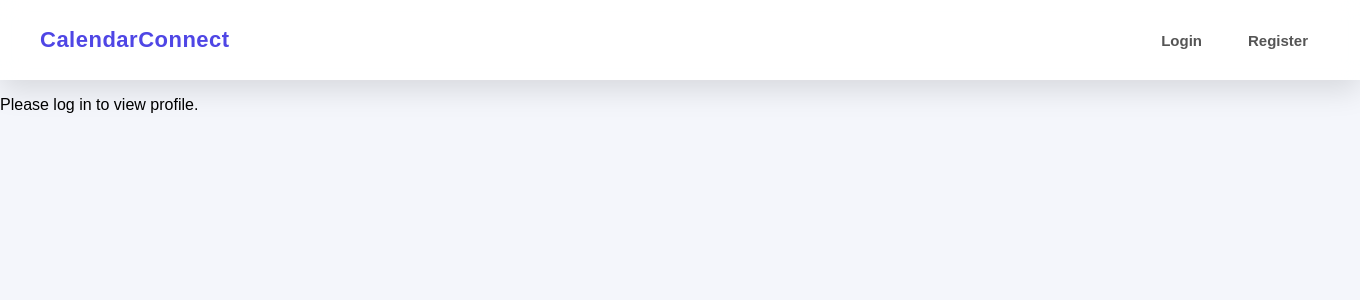
Repository: BMXracer44/CalendarConnect
Page: /profile (app in frontend/)
An editor plug-in stored every save of this project. The page is shown before and after the next save, followed by the edit.
The browser window is 1280 px wide. The page is 1360 px wide, then 1334 px, so the pictures cover 1360 px, including what lies to the right of the window. The pictures show the whole page.
The project was rebuilt for these pictures with package versions that can differ from the ones it lists, and the page was loaded fresh each time. Also part of the build but not shown: frontend/src/pages/Login.jsx, frontend/src/pages/Register.jsx, frontend/src/pages/Calendar.jsx.

Above is the page before, as saved 2026-04-14 11:09:38.

### frontend/src/index.js
import React from "react";
import ReactDOM from "react-dom/client";
import App from "./App";
import { AuthProvider } from "./context/AuthContext";
import { router } from "./router";
import { RouterProvider } from "react-router-dom";
import "./index.css";

ReactDOM.createRoot(document.getElementById("root")).render(
  <AuthProvider>
    <RouterProvider router={router} />
  </AuthProvider>
);

### frontend/src/App.js
import { Outlet } from "react-router-dom";
import Navbar from "./components/Navbar";
import "./index.css";

function App() {
  return (
    <div>
      <Navbar />
      <Outlet />
    </div>
  );
}

export default App;

### frontend/src/context/AuthContext.js
import { createContext, useState } from "react";

export const AuthContext = createContext();

export const AuthProvider = ({ children }) => {
  const [user, setUser] = useState(() => {
    const token = localStorage.getItem("token");
    const username = localStorage.getItem("username");

    return token && username ? { username, token } : null;
  });

  const login = (data) => {
    const username = data.username || data.user?.username;

    localStorage.setItem("token", data.token);
    localStorage.setItem("username", username);

    setUser({ username, token: data.token });
  };

  const logout = () => {
    localStorage.removeItem("token");
    localStorage.removeItem("username");
    setUser(null);
  };

  return (
    <AuthContext.Provider value={{ user, login, logout }}>
      {children}
    </AuthContext.Provider>
  );
};

### frontend/src/router.jsx
import { createBrowserRouter } from "react-router-dom";
import App from "./App";
import Login from "./pages/Login";
import Register from "./pages/Register";
import Home from "./pages/Home";
import Profile from "./pages/Profile";
import Calendar from "./pages/Calendar";

export const router = createBrowserRouter([
  {
    path: "/",
    element: <App />,
    children: [
      { index: true, element: <Login /> },
      { path: "register", element: <Register /> },
      { path: "calendar", element: <Calendar /> },
      { path: "profile", element: <Profile /> }
    ]
  }
]);

### frontend/src/index.css
/* =========================
   GLOBAL
========================= */
body {
  margin: 0;
  font-family: Arial, sans-serif;
  background: #f4f6fb;
}

/* =========================
   NAVBAR (BIGGER + MORE MODERN)
========================= */
.navbar {
  width: 100%;
  height: 80px; /* 🔥 BIGGER NAVBAR */
  display: flex;
  justify-content: space-between;
  align-items: center;

  padding: 0 40px;

  background: rgba(255, 255, 255, 0.92);
  backdrop-filter: blur(12px);

  box-shadow: 0 10px 30px rgba(0, 0, 0, 0.12);

  position: sticky;
  top: 0;
  z-index: 1000;
}

/* BRAND */
.navbar-left {
  font-size: 22px; /* 🔥 bigger brand */
  font-weight: 800;
  color: #4f46e5;
  letter-spacing: 0.5px;
}

/* RIGHT SIDE */
.navbar-right {
  display: flex;
  align-items: center;
  gap: 22px;
}

/* LINKS */
.nav-link {
  text-decoration: none;
  font-size: 15px;
  font-weight: 600;
  color: #555;
  padding: 10px 12px;
  border-radius: 10px;
  transition: 0.2s ease;
}

.nav-link:hover {
  background: rgba(102, 126, 234, 0.12);
  color: #4f46e5;
}

/* USER */
.nav-user {
  font-size: 14px;
  font-weight: 600;
  color: #333;
  padding: 8px 12px;
  border-radius: 10px;
  background: rgba(102, 126, 234, 0.08);
}

/* BUTTON */
.nav-button {
  padding: 10px 16px; /* 🔥 bigger button */
  border-radius: 10px;
  border: none;

  background: linear-gradient(135deg, #667eea, #764ba2);
  color: white;

  font-size: 13px;
  font-weight: 600;

  cursor: pointer;
  transition: 0.2s ease;
}

.nav-button:hover {
  transform: translateY(-2px);
  box-shadow: 0 8px 18px rgba(102, 126, 234, 0.35);
}

/* =========================
   LOGIN PAGE (BIGGER + BETTER BALANCE)
========================= */
.login-container {
  min-height: calc(100vh - 80px);
  display: flex;
  justify-content: center;
  align-items: center;

  padding: 40px 20px;

  background: linear-gradient(135deg, #667eea, #764ba2);
}

/* LOGIN CARD (🔥 BIGGER FORM) */
.login-card {
  width: 100%;
  max-width: 520px; /* 🔥 WAS 400px → MUCH BIGGER */
  background: #ffffff;

  padding: 50px 45px; /* 🔥 more breathing room */

  border-radius: 18px;

  box-shadow: 0 20px 60px rgba(0, 0, 0, 0.25);

  text-align: center;

  animation: fadeIn 0.4s ease-in-out;
}

/* animation */
@keyframes fadeIn {
  from {
    opacity: 0;
    transform: translateY(15px);
  }
  to {
    opacity: 1;
    transform: translateY(0);
  }
}

/* HEADINGS */
.login-card h2 {
  font-size: 30px; /* 🔥 bigger title */
  margin-bottom: 10px;
  color: #333;
}

.login-card p {
  font-size: 15px;
  color: #777;
  margin-bottom: 22px;
}

/* INPUTS (BIGGER + CLEANER) */
.login-card input {
  width: 100%;
  padding: 14px 16px; /* 🔥 bigger inputs */
  margin-top: 14px;

  border: 1px solid #ddd;
  border-radius: 12px;

  font-size: 15px;

  outline: none;
  transition: all 0.25s ease;
}

.login-card input:focus {
  border-color: #667eea;
  box-shadow: 0 0 10px rgba(102, 126, 234, 0.35);
}

/* BUTTON (BIGGER + STRONGER) */
.login-card button {
  width: 100%;
  padding: 14px; /* 🔥 bigger button */

  margin-top: 22px;

  background: #667eea;
  color: white;

  border: none;
  border-radius: 12px;

  font-size: 16px;
  font-weight: bold;

  cursor: pointer;
  transition: all 0.2s ease;
}

.login-card button:hover {
  background: #5a67d8;
  transform: translateY(-2px);
}

/* =========================
   TEXT
========================= */
.bottom-text {
  margin-top: 20px;
  font-size: 14px;
  color: #555;
}

/* =========================
   CALENDAR PAGE
========================= */
.calendar-page {
  min-height: calc(100vh - 80px);
  display: flex;
  justify-content: center;
  align-items: flex-start;

  padding: 40px 20px;

  background: linear-gradient(135deg, #667eea, #764ba2);
}

### frontend/src/components/Navbar.jsx
import { useContext } from "react";
import { AuthContext } from "../context/AuthContext";
import { Link, useNavigate } from "react-router-dom";

const Navbar = () => {
  const { user, logout } = useContext(AuthContext);
  const navigate = useNavigate();

  const handleLogout = () => {
    logout();
    navigate("/");
  };

  return (
    <nav className="navbar">
      <div className="navbar-left">
        CalendarConnect
      </div>

      <div className="navbar-right">
        {!user ? (
          <>
            <Link to="/" className="nav-link">Login</Link>
            <Link to="/register" className="nav-link">Register</Link>
          </>
        ) : (
          <>
            <Link to="/profile" className="nav-user">{user.username}</Link>
            <Link to="/calendar" className="nav-link">Calendar</Link>

            <button className="nav-button" onClick={handleLogout}>
              Logout
            </button>
          </>
        )}
      </div>
    </nav>
  );
};

export default Navbar;

### frontend/src/pages/Profile.jsx
import React, { useContext, useState, useEffect } from "react";
import { AuthContext } from "../context/AuthContext";

const Profile = () => {
  const { user } = useContext(AuthContext);

  const [formData, setFormData] = useState({
    username: "",
    email: "",
    first_name: "",
    last_name: "",
    birthdate: "",
    phone_number: "",
    bio: "",
    profile_picture: null
  });

  const [error, setError] = useState("");
  const [success, setSuccess] = useState("");

  // Load user data
  useEffect(() => {
    if (user) {
      setFormData({
        username: user.username || "",
        email: user.email || "",
        first_name: user.first_name || "",
        last_name: user.last_name || "",
        birthdate: user.birthdate || "",
        phone_number: user.phone_number || "",
        bio: user.bio || "",
        profile_picture: null
      });
    }
  }, [user]);

  const handleChange = (e) => {
    setFormData({
      ...formData,
      [e.target.name]: e.target.value
    });
  };

  const handleFileChange = (e) => {
    setFormData({
      ...formData,
      profile_picture: e.target.files[0]
    });
  };

  const handleUpdate = async (e) => {
    e.preventDefault();

    try {
      const form = new FormData();

      form.append("username", formData.username);
      form.append("email", formData.email);
      form.append("first_name", formData.first_name);
      form.append("last_name", formData.last_name);
      form.append("birthdate", formData.birthdate);
      form.append("phone_number", formData.phone_number);
      form.append("bio", formData.bio);

      if (formData.profile_picture) {
        form.append("profile_picture", formData.profile_picture);
      }

      const response = await fetch(
        `http://localhost:8080/api/user/update/${user.id}`,
        {
          method: "PUT",
          headers: {
            Authorization: `Bearer ${user.token}`
          },
          body: form
        }
      );

      const data = await response.json();

      if (response.ok) {
        setSuccess("Profile updated successfully!");
        setError("");
      } else {
        setError(data.message || "Update failed");
        setSuccess("");
      }
    } catch (err) {
      setError("Server error");
    }
  };

  if (!user) {
    return <p>Please log in to view profile.</p>;
  }

  // ================= PROFILE IMAGE SOURCE =================
  const profileImage =
    formData.profile_picture
      ? URL.createObjectURL(formData.profile_picture)
      : user.profile_picture_url || user.profile_picture || null;

  return (
    <div className="login-container">
      <div className="login-card register-card">

        {/* ================= TOP: CURRENT INFO ================= */}
        <h2>Your Profile</h2>

        {/* PROFILE PICTURE DISPLAY */}
        {profileImage && (
          <img
            src={profileImage}
            alt="Profile"
            style={{
              width: "110px",
              height: "110px",
              borderRadius: "50%",
              objectFit: "cover",
              marginBottom: "10px"
            }}
          />
        )}

        <div className="profile-preview">
          <p><strong>Username:</strong> {formData.username}</p>
          <p><strong>Email:</strong> {formData.email}</p>
          <p><strong>Name:</strong> {formData.first_name} {formData.last_name}</p>
          <p><strong>Birthdate:</strong> {formData.birthdate}</p>
          <p><strong>Phone:</strong> {formData.phone_number}</p>
          <p><strong>Bio:</strong> {formData.bio}</p>
        </div>

        <hr />

        {/* ================= UPDATE FORM ================= */}
        <h3>Update Information</h3>

        {error && <p className="error-text">{error}</p>}
        {success && <p className="success-text">{success}</p>}

        <form onSubmit={handleUpdate} className="register-form">

          <input
            type="text"
            name="username"
            value={formData.username}
            onChange={handleChange}
          />

          <input
            type="email"
            name="email"
            value={formData.email}
            onChange={handleChange}
          />

          <input
            type="text"
            name="first_name"
            value={formData.first_name}
            onChange={handleChange}
          />

          <input
            type="text"
            name="last_name"
            value={formData.last_name}
            onChange={handleChange}
          />

          <input
            type="date"
            name="birthdate"
            value={formData.birthdate}
            onChange={handleChange}
          />

          <input
            type="text"
            name="phone_number"
            value={formData.phone_number}
            onChange={handleChange}
          />

          <input
            type="text"
            name="bio"
            value={formData.bio}
            onChange={handleChange}
          />

          {/* FILE UPLOAD */}
          <input
            type="file"
            accept="image/*"
            onChange={handleFileChange}
          />

          {/* PREVIEW NEW IMAGE */}
          {formData.profile_picture && (
            <img
              src={URL.createObjectURL(formData.profile_picture)}
              alt="Preview"
              style={{
                width: "80px",
                height: "80px",
                borderRadius: "50%",
                marginTop: "10px"
              }}
            />
          )}

          <button type="submit">Update Profile</button>
        </form>

      </div>
    </div>
  );
};

export default Profile;

Loaded but not shown: frontend/src/pages/Home.jsx (no stored copy; drawn as an empty file)

After the next save:
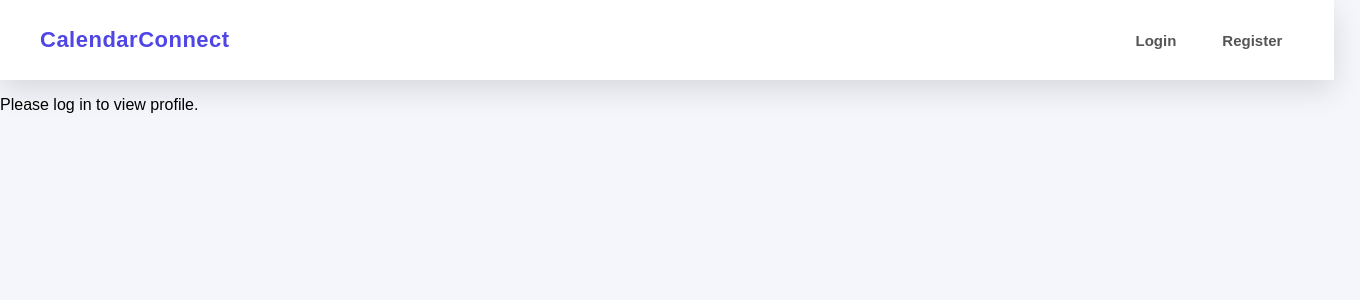
Saved 25 s later.
--- a/frontend/src/index.css
+++ b/frontend/src/index.css
@@ -11,7 +11,7 @@ body {
    NAVBAR (BIGGER + MORE MODERN)
 ========================= */
 .navbar {
-  width: 100%;
+  width: 98%;
   height: 80px; /* 🔥 BIGGER NAVBAR */
   display: flex;
   justify-content: space-between;
